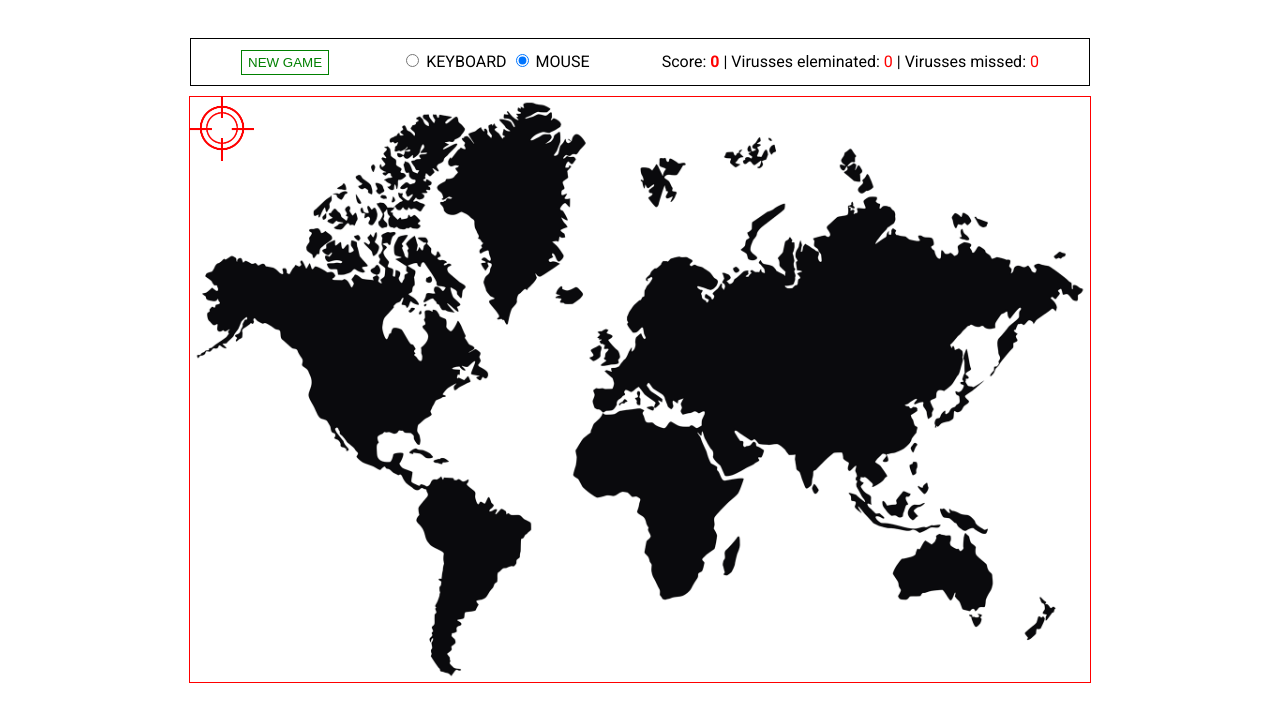
Repository: Baterka/DestroyTheVirus
Page: index.html
The author's editor kept a copy of each file at every save. The page is drawn from the files as they stood at one save, then again after the next save.
The browser window is 1280 px wide. The pictures show the whole page.

Above is the page before, as saved 2020-03-19 16:09:39.

After the next save:
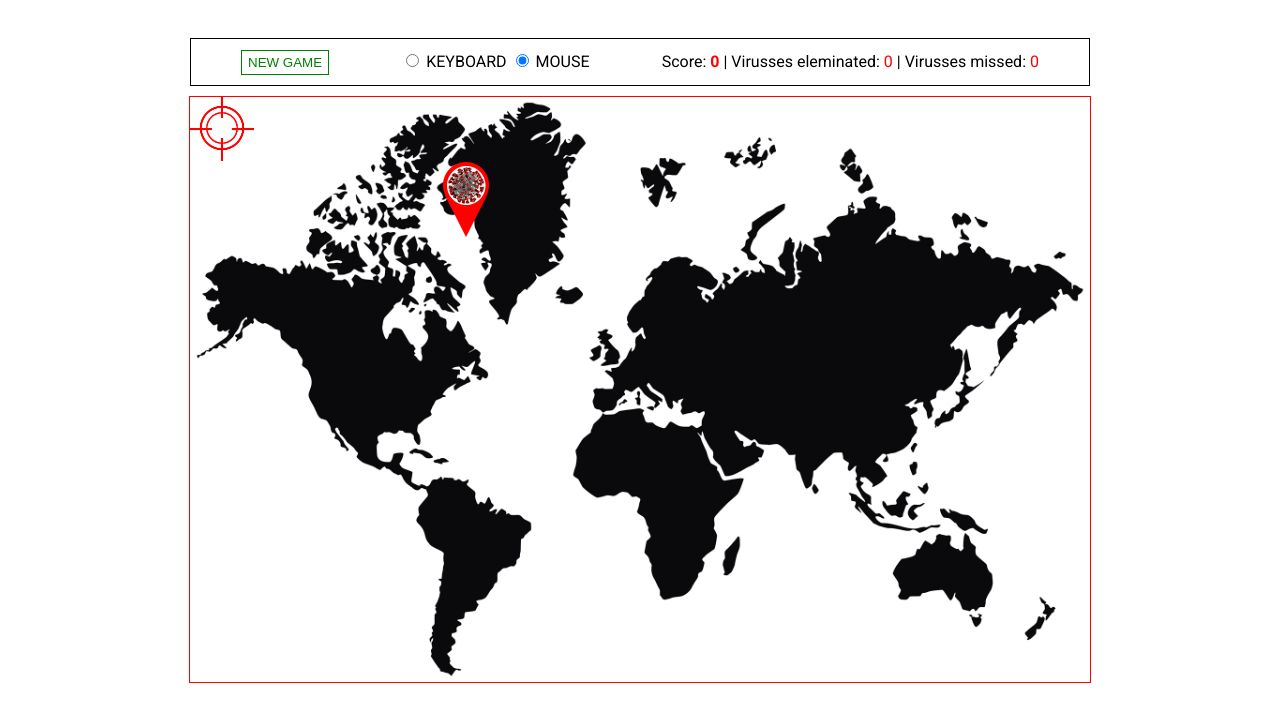
Saved 5 min 27 s later.
--- a/main.js
+++ b/main.js
@@ -1,4 +1,4 @@
-const randomTime = (min, max) => {
+const randomNumber = (min, max) => {
     return Math.floor((Math.random() * max) + min);
 }
 
@@ -197,8 +197,12 @@ class Virus {
             console.log(e);
         }
         this._virusElem.appendChild(clickableElem);
-        this.spawn(100, 100);
-        this.spawn(200, 200);
+
+        setInterval(() => {
+            const x = randomNumber(this._Game.mapBoundary.minX, this._Game.mapBoundary.maxX);
+            const y = randomNumber(this._Game.mapBoundary.minY, this._Game.mapBoundary.maxY);
+            this.spawn(x, y);
+        }, 2000);
     }
 
     spawn(x, y) {
